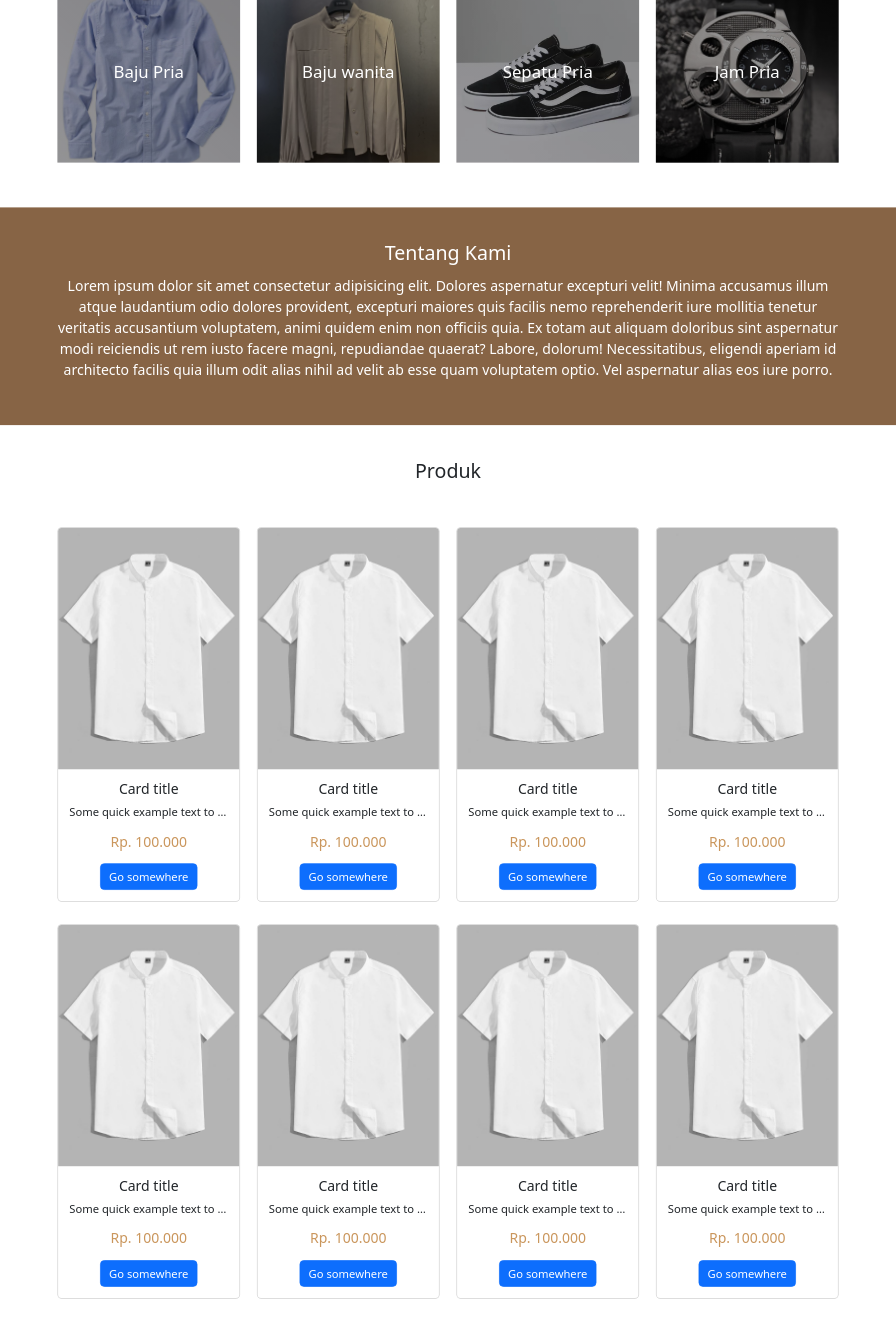
Repository: herman165/tugas_uas
Page: http://localhost/
The author's editor kept a copy of each file at every save. The page is drawn from the files as they stood at one save, then again after the next save.
The browser window is 1280 px wide. The pictures show the part of the page from y = 795 to 2715 px (the page is 2715 px tall), at 70% of full size.
The page is run by PHP 8.4 with error messages shown; the project is at /var/www/html/.

Above is the page before, as saved 2024-12-10 01:48:37.

### index.php
<!DOCTYPE html>
<html lang="en">
<head>
    <meta charset="UTF-8">
    <meta name="viewport" content="width=device-width, initial-scale=1.0">
    <title>Toko Page</title>
    <link rel="stylesheet" href="bootstrap/css/bootstrap.min.css">
    <link rel="stylesheet" href="fontawesome/css/all.min.css">
    <link rel="stylesheet" href="css/style.css">

</head>
<body>
    <!-- Navbar -->
    <?php require "navbar.php"; ?>
    <!-- Banner -->
    <div class="container-fluid banner d-flex align-items-center">
       <div class="container text-center text-white py-5">
            <h1 class="mt-4">Selamat Datang di Toko Online Fashion</h1>
            <h3>Mau Cari Apa?</h3>
            <div class="col-md-6 mx-auto offset-md-3">
                <form method="get" action="produk.php">
                    <div class="input-group input-group-lg mb-3 my-4">
                        <input type="text" class="form-control" placeholder="Cari Produk" aria-label="Cari Produk" aria-describedby="button-addon2" name="keyword">
                        <button type="submit" class="btn-btn warna2 text-white" type="button" id="button-addon2">Telusuri</button>
                    </div>
                </form>
            </div>
       </div>
    </div>
    <!-- Kategori -->
     <div class="container-fluid py-5">
        <div class="container text-center ">
            <h3>Kategori Terlaris</h3>
            <div class="row mt-5">
                <div class="col-md-3 py-3">
                    <div class="highlighted-kategori kategori-baju-pria d-flex justify-content-center align-items-center">
                        <h4 ><a class="  no-decoration"  href="produk.php?kategori=Baju Pria">Baju Pria</a></h4>
                    </div>
                </div>
                <div class="col-md-3 py-3">
                    <div class="highlighted-kategori kategori-baju-wanita d-flex justify-content-center align-items-center">
                         <h4><a class=" no-decoration " href="produk.php?kategori=Baju Wanita">Baju wanita</a></h4>
                    </div>
                </div>
                <div class="col-md-3 py-3 ">
                    <div class="highlighted-kategori kategori-sepatu-pria d-flex justify-content-center align-items-center">
                       <h4><a class=" no-decoration " href="produk.php?kategori=Sepatu Pria" >Sepatu Pria</a></h4>
                    </div>
                </div>
                <div class="col-md-3 py-3 ">
                    <div class="highlighted-kategori kategori-jam-pria d-flex justify-content-center align-items-center">
                         <h4><a class=" no-decoration" href="produk.php?kategori=Jam Pria">Jam Pria</a></h4>
                    </div>
                </div>
            </div>
        </div>
     </div>

     <!-- tentang kami -->
      <div class="container-fluid warna1 py-5 ">
        <div class="container text-center text-white">
           <h3>Tentang Kami</h3>
                <p class="fs-5 mt-3">
                  Lorem ipsum dolor sit amet consectetur adipisicing elit. Dolores aspernatur excepturi velit! Minima accusamus illum atque laudantium odio dolores provident, excepturi maiores quis facilis nemo reprehenderit iure mollitia tenetur veritatis accusantium voluptatem, animi quidem enim non officiis quia. Ex totam aut aliquam doloribus sint aspernatur modi reiciendis ut rem iusto facere magni, repudiandae quaerat? Labore, dolorum! Necessitatibus, eligendi aperiam id architecto facilis quia illum odit alias nihil ad velit ab esse quam voluptatem optio. Vel aspernatur alias eos iure porro.
                </p>
        </div>
      </div>

      <!-- produk -->
      <div class="container-fluid py-5">
        <div class="container text-center">
            <h3>Produk </h3>

            <div class="row mt-5">
               <div class="col-sm-6 col-md-3 py-3">
                    <div class="card">
                        <img src="image/Homens Camisa sólido pescoço não trespassado.jpg" class="card-img-top" alt="...">
                        <div class="card-body">
                            <h5 class="card-title">Card title</h5>
                            <p class="card-text text-truncate">Some quick example text to build on the card title and make up the bulk of the card's content.</p>
                            <p class="card-text text-harga">Rp. 100.000</p>
                            <a href="#" class="btn btn-primary">Go somewhere</a>
                        </div>
                    </div>
               </div>
               <div class="col-sm-6 col-md-3 py-3">
                    <div class="card">
                        <img src="image/Homens Camisa sólido pescoço não trespassado.jpg" class="card-img-top" alt="...">
                        <div class="card-body">
                            <h5 class="card-title">Card title</h5>
                            <p class="card-text text-truncate">Some quick example text to build on the card title and make up the bulk of the card's content.</p>
                            <p class="card-text text-harga">Rp. 100.000</p>
                            <a href="#" class="btn btn-primary">Go somewhere</a>
                        </div>
                    </div>
               </div>
              <div class="col-sm-6 col-md-3 py-3">
                    <div class="card">
                        <img src="image/Homens Camisa sólido pescoço não trespassado.jpg" class="card-img-top" alt="...">
                        <div class="card-body">
                            <h5 class="card-title">Card title</h5>
                            <p class="card-text text-truncate">Some quick example text to build on the card title and make up the bulk of the card's content.</p>
                            <p class="card-text text-harga">Rp. 100.000</p>
                            <a href="#" class="btn btn-primary">Go somewhere</a>
                        </div>
                    </div>
               </div>
               <div class="col-sm-6 col-md-3 py-3">
                    <div class="card">
                        <img src="image/Homens Camisa sólido pescoço não trespassado.jpg" class="card-img-top" alt="...">
                        <div class="card-body">
                            <h5 class="card-title">Card title</h5>
                            <p class="card-text text-truncate">Some quick example text to build on the card title and make up the bulk of the card's content.</p>
                            <p class="card-text text-harga">Rp. 100.000</p>
                            <a href="#" class="btn btn-primary">Go somewhere</a>
                        </div>
                    </div>
               </div>
                  <div class="col-sm-6 col-md-3 py-3">
                    <div class="card">
                        <img src="image/Homens Camisa sólido pescoço não trespassado.jpg" class="card-img-top" alt="...">
                        <div class="card-body">
                            <h5 class="card-title">Card title</h5>
                            <p class="card-text text-truncate">Some quick example text to build on the card title and make up the bulk of the card's content.</p>
                            <p class="card-text text-harga">Rp. 100.000</p>
                            <a href="#" class="btn btn-primary">Go somewhere</a>
                        </div>
                    </div>
               </div>
              <div class="col-sm-6 col-md-3 py-3">
                    <div class="card">
                        <img src="image/Homens Camisa sólido pescoço não trespassado.jpg" class="card-img-top" alt="...">
                        <div class="card-body">
                            <h5 class="card-title">Card title</h5>
                            <p class="card-text text-truncate">Some quick example text to build on the card title and make up the bulk of the card's content.</p>
                            <p class="card-text text-harga">Rp. 100.000</p>
                            <a href="#" class="btn btn-primary">Go somewhere</a>
                        </div>
                    </div>
               </div>
               <div class="col-sm-6 col-md-3 py-3">
                    <div class="card">
                        <img src="image/Homens Camisa sólido pescoço não trespassado.jpg" class="card-img-top" alt="...">
                        <div class="card-body">
                            <h5 class="card-title">Card title</h5>
                            <p class="card-text text-truncate">Some quick example text to build on the card title and make up the bulk of the card's content.</p>
                            <p class="card-text text-harga">Rp. 100.000</p>
                            <a href="#" class="btn btn-primary">Go somewhere</a>
                        </div>
                    </div>
               </div>
               <div class="col-sm-6 col-md-3 py-3">
                    <div class="card">
                        <img src="image/Homens Camisa sólido pescoço não trespassado.jpg" class="card-img-top" alt="...">
                        <div class="card-body">
                            <h5 class="card-title ">Card title</h5>
                            <p class="card-text text-truncate">Some quick example text to build on the card title and make up the bulk of the card's content.</p>
                            <p class="card-text text-harga">Rp. 100.000</p>
                            <a href="#" class="btn btn-primary">Go somewhere</a>
                        </div>
                    </div>
               </div>
            </div>
        </div>
      </div>
    <script src="bootstrap/js/bootstrap.bundle.min.js"></script>
    <script src="fontawesome/js/all.min.js"></script>
</body>
</html>

### navbar.php
<!DOCTYPE html>
<html lang="en">
<head>
    <meta charset="UTF-8">
    <meta name="viewport" content="width=device-width, initial-scale=1.0">
    <title>Responsive Navbar</title>
     <link rel="stylesheet" href="bootstrap/css/bootstrap.min.css">

<style>

        /* Khusus tampilan HP */
        @media (max-width: 480px) {
            .navbar {
                background: linear-gradient(to right, #6a11cb, #2575fc); /* Gradient ungu ke biru */
                box-shadow: 0 4px 6px rgba(0, 0, 0, 0.3); /* Bayangan */
                border-radius: 5px; /* Membuat sudut melengkung */
            }

            .navbar-dark .nav-link {
                color: #ffffff;
                background-color: rgba(255, 255, 255, 0.2); /* Transparan putih */
                margin: 5px;
                padding: 10px;
                border-radius: 5px; /* Melengkung */
                text-align: center;
                transition: background-color 0.3s ease, color 0.3s ease;
            }

            .navbar-dark .nav-link:hover {
                background-color: rgba(255, 255, 255, 0.4); /* Lebih terang saat hover */
                color: #ffcc00; /* Warna kuning keemasan */
            }

            /* Tombol toggler */
            .navbar-dark .navbar-toggler {
                border: none;
                background-color: #ffffff; /* Putih */
                padding: 5px;
                border-radius: 3px; /* Melengkung */
            }

            .navbar-dark .navbar-toggler-icon {
                background-color: #6a11cb; /* Ungu */
                border-radius: 2px;
                width: 25px;
                height: 3px;
            }
        }

</style>

</head>
<body>
    <nav class="navbar navbar-expand-lg navbar-dark warna1">
        <div class="container">
            <button class="navbar-toggler" type="button" data-bs-toggle="collapse" data-bs-target="#navbarSupportedContent" aria-controls="navbarSupportedContent" aria-expanded="false" aria-label="Toggle navigation">
                <span class="navbar-toggler-icon"></span>
            </button>
            <div class="collapse navbar-collapse" id="navbarSupportedContent">
                <ul class="navbar-nav me-auto mb-2 mb-lg-0">
                    <li class="nav-item me-4 ">
                        <a class="nav-link " href="../adminpanel/">Home</a>
                    </li>
                    <li class="nav-item me-4 ">
                        <a class="nav-link" href="kategori.php">Kategori</a>
                    </li>
                    <li class="nav-item me-4 ">
                        <a class="nav-link" href="product.php">Product</a>
                    </li>
                </ul>
            </div>
        </div>
    </nav>

    <script src="bootstrap/js/bootstrap.bundle.min.js"></script>
</body>
</html>

### css/style.css
.warna1 {
    background-color: #876445;
}
.warna2 {
    background-color: #CA965C;
}
.warna3 {
    background-color: #EEC373;
}
.warna4 {
    background-color: #F4DFBA;
}
.banner {
    height: 80vh; /* Mengisi seluruh tinggi layar */
    background: linear-gradient(rgba(0, 0, 0, 0.4), rgba(0, 0, 0, 0.4)), url('../image/benner\ new.jpg');
    background-size: cover; /* Memastikan gambar menutupi seluruh elemen */
    background-position: center; /* Memusatkan gambar */
    background-repeat: no-repeat; /* Mencegah gambar diulang */
}



@media (max-width: 768px) {
    .banner {
        height: 30vh;
    }
}
.highlighted-kategori{
    height: 250px;

}
.no-decoration{
    text-decoration: none;
    color:white;
}
.no-decoration:hover {
    color: #EEC373;
}
.kategori-baju-pria {
  background: linear-gradient(rgba(0, 0, 0, 0.4), rgba(0, 0, 0, 0.4)), url('../image/baju\ pria.jpg');
  background-size: cover;
  background-position: center;
  background-repeat: no-repeat;
}
.kategori-baju-wanita {
  background: linear-gradient(rgba(0, 0, 0, 0.4), rgba(0, 0, 0, 0.4)), url('../image/baju\ wanita.jpg');
  background-size: cover;
  background-position: center;
  background-repeat: no-repeat;

}
.kategori-sepatu-pria {
  background: linear-gradient(rgba(0, 0, 0, 0.4), rgba(0, 0, 0, 0.4)), url('../image/Vans\ Old\ Skool\ Sneakers\ in\ Black_White\ _\ VN000D3HY28\ -\ Men\ 13_Wmn\ 14_5\ _\ Black.jpg');
  background-size: cover;
  background-position: center;
  background-repeat: no-repeat;
}
.kategori-jam-pria {
  background: linear-gradient(rgba(0, 0, 0, 0.4), rgba(0, 0, 0, 0.4)), url('../image/Kegllect\ Men\ Life\ Waterproof\ Quartz\ Watch\ Mens\ Large\ Dial\ Sport\ Wristwatch\ Jam\ Tangan\ Lelaki.jpg');
  background-size: cover;
  background-position: center;
  background-repeat: no-repeat;
}
.text-harga{
    font-size: 20px;
    color:#CA965C;
}

Loaded but not shown: bootstrap/css/bootstrap.min.css (library); fontawesome/css/all.min.css (library); bootstrap/js/bootstrap.bundle.min.js (library)

After the next save:
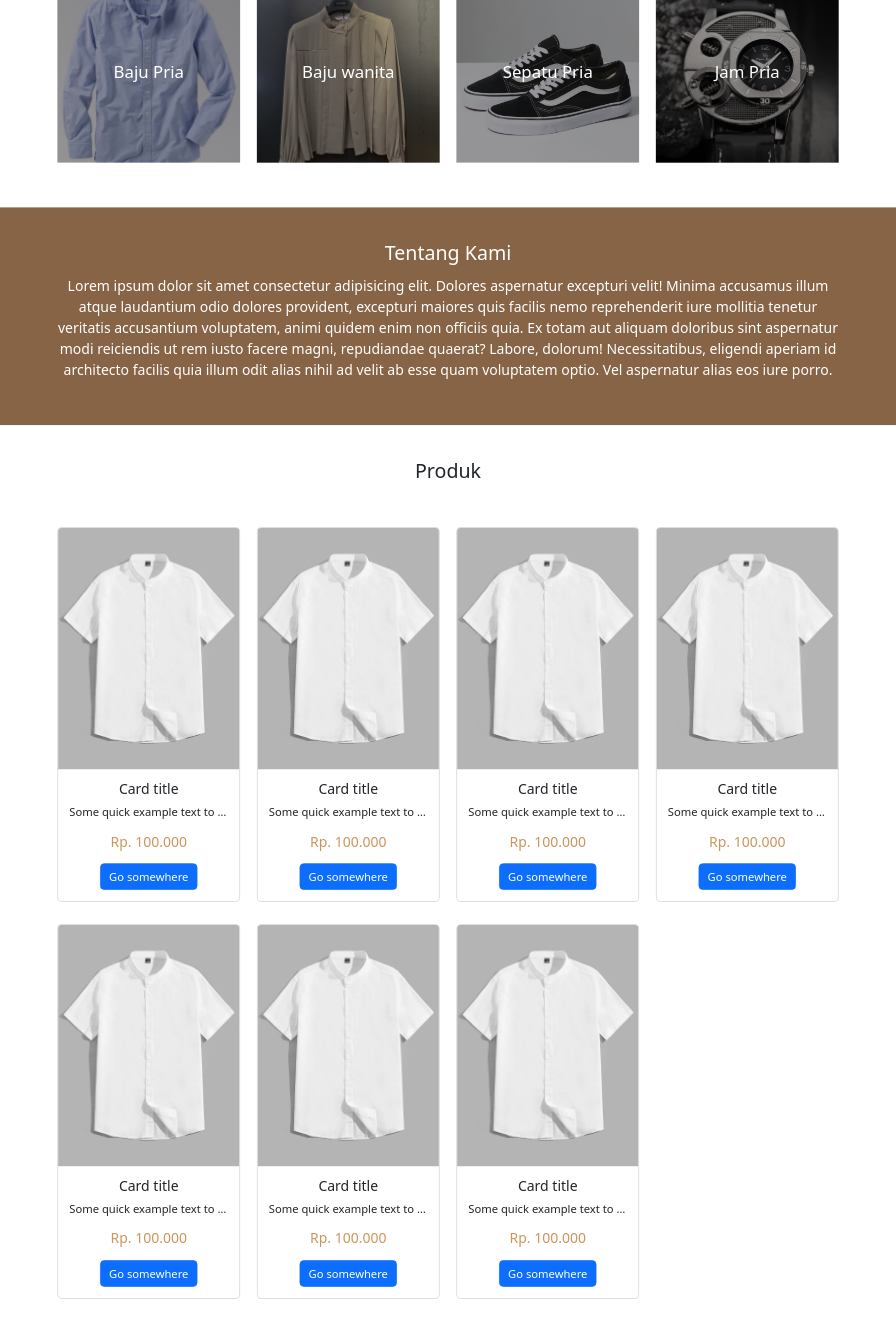
Saved 78 s later.
--- a/index.php
+++ b/index.php
@@ -149,17 +149,6 @@
                         </div>
                     </div>
                </div>
-               <div class="col-sm-6 col-md-3 py-3">
-                    <div class="card">
-                        <img src="image/Homens Camisa sólido pescoço não trespassado.jpg" class="card-img-top" alt="...">
-                        <div class="card-body">
-                            <h5 class="card-title ">Card title</h5>
-                            <p class="card-text text-truncate">Some quick example text to build on the card title and make up the bulk of the card's content.</p>
-                            <p class="card-text text-harga">Rp. 100.000</p>
-                            <a href="#" class="btn btn-primary">Go somewhere</a>
-                        </div>
-                    </div>
-               </div>
             </div>
         </div>
       </div>
